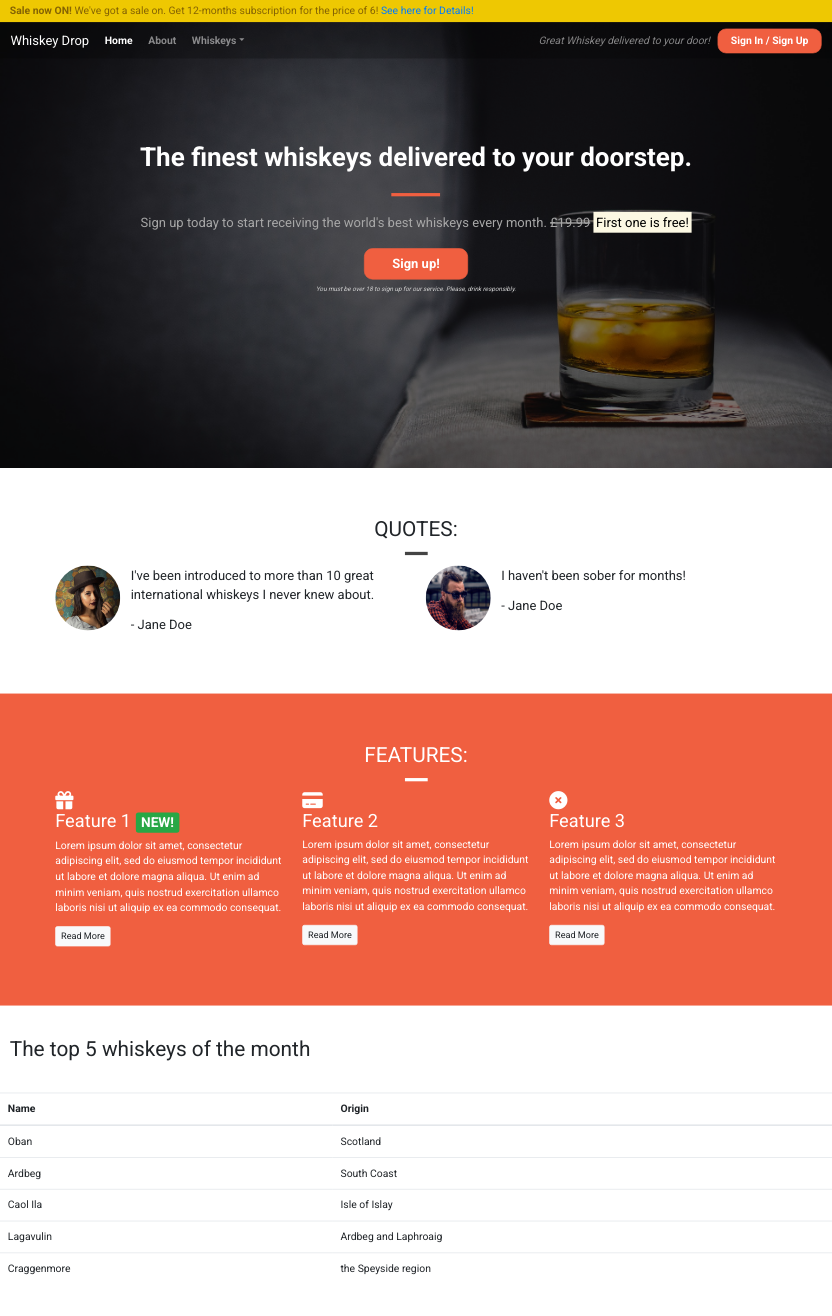
Repository: hidayatmansuri/BootStrap
Page: index.html
The author's editor kept a record of every edit. The page is drawn from the files as they stood at one moment, then again after the next edit.
The browser window is 1280 px wide. The pictures show the whole page, at 65% of full size.
Backgrounds fixed to the window are drawn as part of the page. Some web libraries are served in a nearby version.

Above is the page before.

After the next edit:
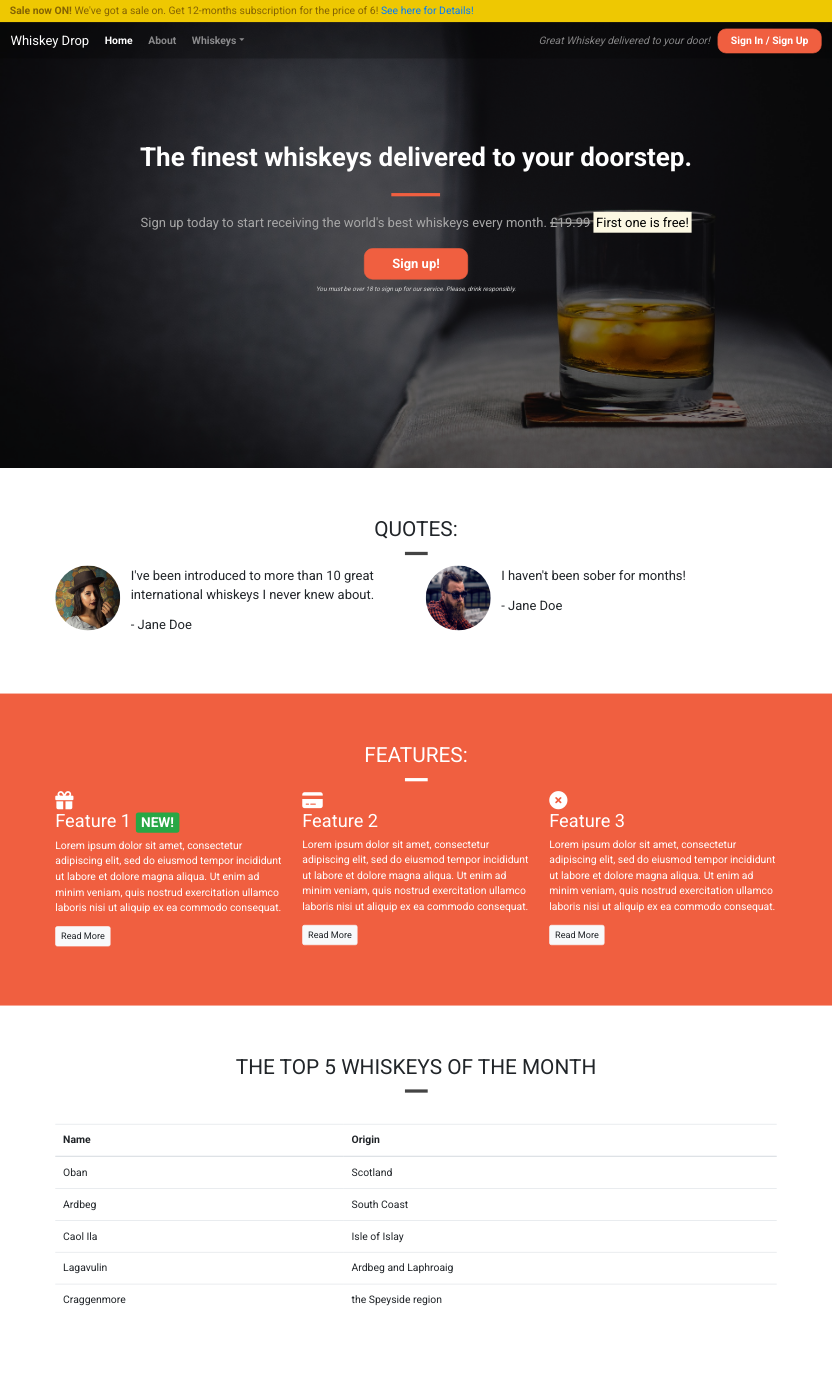
The edit:
--- a/index.html
+++ b/index.html
@@ -152,8 +152,10 @@
         </div>
     </div>
     <section>
-        <div class="col-12 my-5">
-            <h2>The top 5 whiskeys of the month</h2>
+        <div class="container feature-container content-container">
+        <div class="col-12 page-header">
+            <h2 class="text-uppercase">The top 5 whiskeys of the month</h2>
+            <hr class="block-divider block-divider--short">
         </div>
         <table class="my-5 table">
             <thead>
